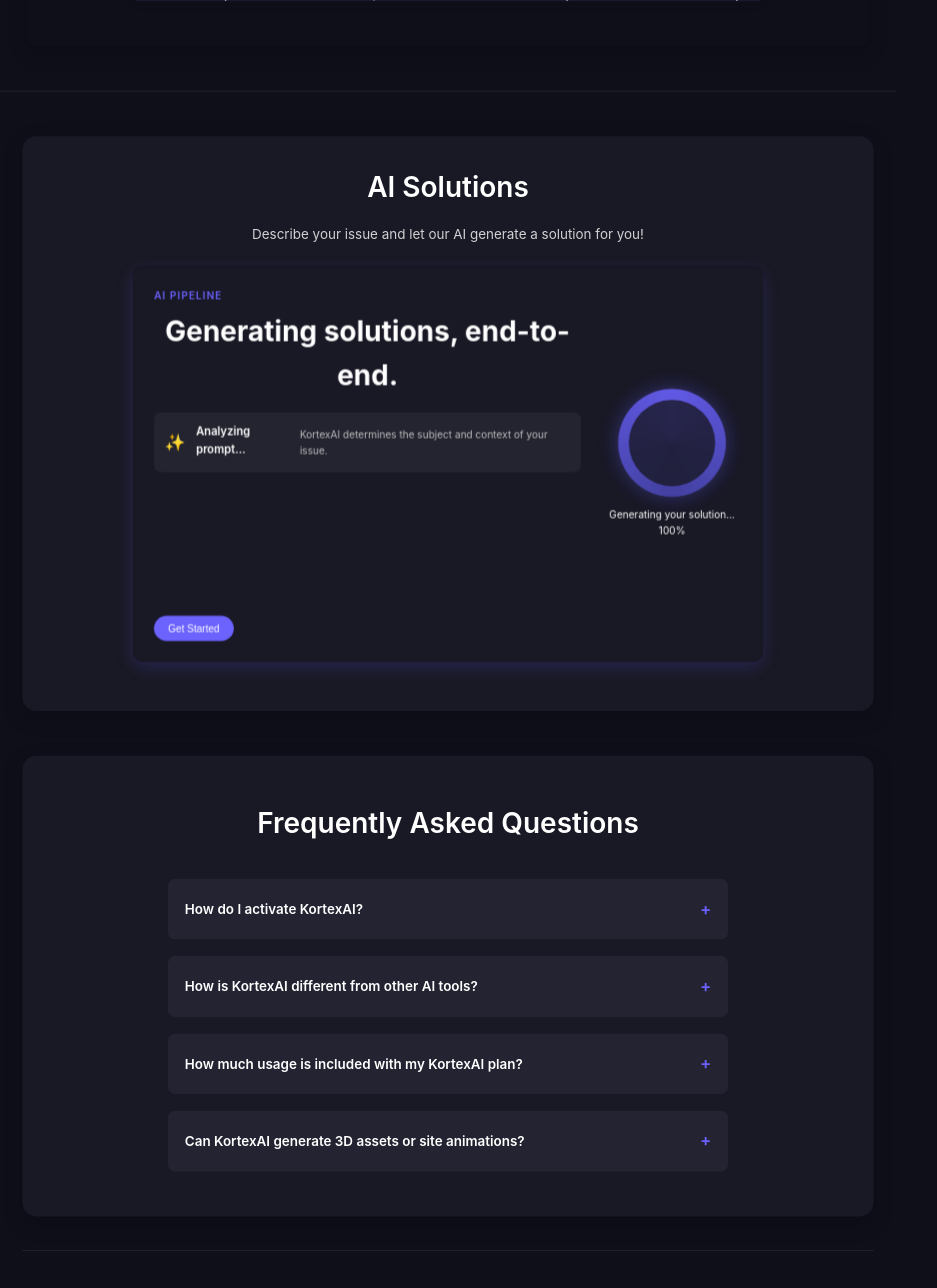
Repository: Rayyy-dev/Kortex-AI
Page: /
An editor plug-in stored every save of this project. The page is shown before and after a run of saves, followed by the edit.
The browser window is 1280 px wide. The page is 1338 px wide, so the pictures cover 1338 px, including what lies to the right of the window. The pictures show the part of the page from y = 1274 to 3114 px (the page is 3569 px tall before and 3557 px after), at 70% of full size.
The project was rebuilt for these pictures with package versions that can differ from the ones it lists, and the page was loaded fresh each time.

Above is the page before, as saved 2024-10-15 21:17:05.

After the next 2 saves:
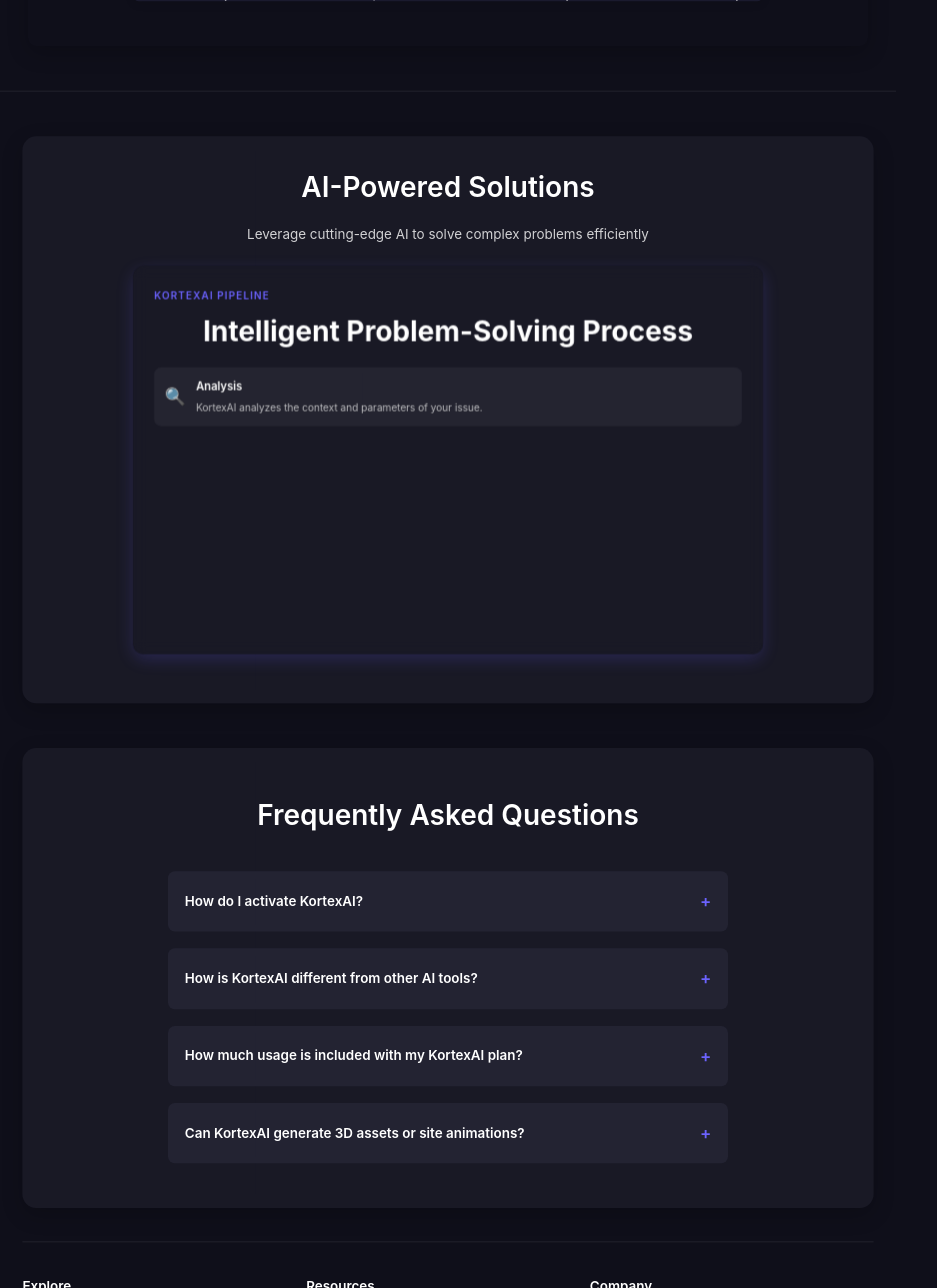
The 2 saves are shown as one change because they came seconds apart.
The last was saved 65 s later.
--- a/src/App.js
+++ b/src/App.js
@@ -285,56 +285,41 @@
         <div className="background-section" ref={backgroundRef}>
           <div className="background-content">
             <div className="ai-solution-box">
-              <h2>AI Solutions</h2>
-              <p>Describe your issue and let our AI generate a solution for you!</p>
-
-              {/* New AI Pipeline Section */}
+              <h2>AI-Powered Solutions</h2>
+              <p>Leverage cutting-edge AI to solve complex problems efficiently</p>
+
               <div className="ai-pipeline-section">
-                <div className="ai-pipeline-content">
-                  <div className="ai-pipeline-text">
-                    <h3 className="ai-pipeline-subtitle">AI Pipeline</h3>
-                    <h2 className="ai-pipeline-title">Generating solutions, end-to-end.</h2>
-                    <div className="ai-pipeline-steps">
-                      <div className={`ai-pipeline-step ${activeStep === 0 ? 'active' : ''}`}>
-                        <span className="step-icon">✨</span>
-                        <h4>Analyzing prompt...</h4>
-                        <p>KortexAI determines the subject and context of your issue.</p>
-                      </div>
-                      <div className={`ai-pipeline-step ${activeStep === 1 ? 'active' : ''}`}>
-                        <span className="step-icon">🔧</span>
-                        <h4>Crafting solutions...</h4>
-                        <p>Next, it generates tailored solutions based on the analysis.</p>
-                      </div>
-                      <div className={`ai-pipeline-step ${activeStep === 2 ? 'active' : ''}`}>
-                        <span className="step-icon">🚀</span>
-                        <h4>Review and implement!</h4>
-                        <p>The solution is ready – your turn to put it into action.</p>
+                <h3 className="ai-pipeline-subtitle">KortexAI Pipeline</h3>
+                <h2 className="ai-pipeline-title">Intelligent Problem-Solving Process</h2>
+                <div className="ai-pipeline-steps">
+                  {[
+                    { icon: '🔍', title: 'Analysis', description: 'KortexAI analyzes the context and parameters of your issue.' },
+                    { icon: '💡', title: 'Solution Generation', description: 'Our AI crafts tailored solutions based on comprehensive analysis.' },
+                    { icon: '⚙️', title: 'Optimization', description: 'Solutions are refined and optimized for maximum efficiency.' },
+                    { icon: '🚀', title: 'Implementation', description: 'Seamlessly integrate the AI-generated solution into your workflow.' }
+                  ].map((step, index) => (
+                    <div key={index} className={`ai-pipeline-step ${activeStep === index ? 'active' : ''}`}>
+                      <span className="step-icon">{step.icon}</span>
+                      <div className="step-content">
+                        <h4>{step.title}</h4>
+                        <p>{step.description}</p>
                       </div>
                     </div>
-                    <div className="get-started-container">
-                      <button className="get-started-btn">Get Started</button>
-                    </div>
-                  </div>
-                  <div className="ai-pipeline-visual">
-                    <div className="ai-orb">
-                      <div className="ai-orb-inner"></div>
-                    </div>
-                    <p className="generating-text">Generating your solution... {generatingProgress}%</p>
-                  </div>
+                  ))}
                 </div>
               </div>
 
-              {/* Existing input and output areas */}
-              <div className="input-group">
-                <input type="text" placeholder="Enter your issue here..." />
-                <button className="generate-btn">Generate Solution</button>
-              </div>
-              <div className="solution-output">
-                <p>AI-generated solution will appear here...</p>
+              <div className="ai-interaction">
+                <div className="input-group">
+                  <input type="text" placeholder="Describe your challenge here..." />
+                  <button className="generate-btn">Generate Solution</button>
+                </div>
+                <div className="solution-output">
+                  <p>Your AI-generated solution will appear here...</p>
+                </div>
               </div>
             </div>
 
-            {/* New FAQ Section */}
             <div className="faq-section">
               <h2 className="faq-title">Frequently Asked Questions</h2>
               <div className="faq-list">
@@ -346,7 +331,6 @@
           </div>
         </div>
 
-        {/* New footer content */}
         <div className="footer-links">
           <div className="footer-column">
             <h3>Explore</h3>
